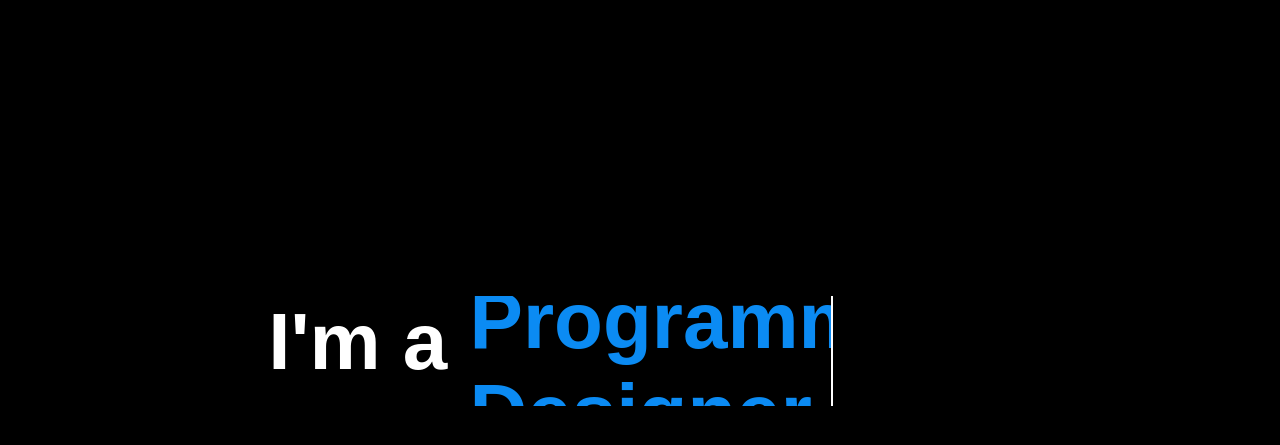
Repository: DevMike1993/Animations_HTML_CSS_JAVASCRIPT
Page: xx_Type_Text_Animation/index.html
The author's editor kept a copy of each file at every save. The page is drawn from the files as they stood at one save, then again after the next save.
The browser window is 1280 px wide. The pictures show the whole page.

Above is the page before, as saved 2023-12-03 16:45:14.

After the next save:
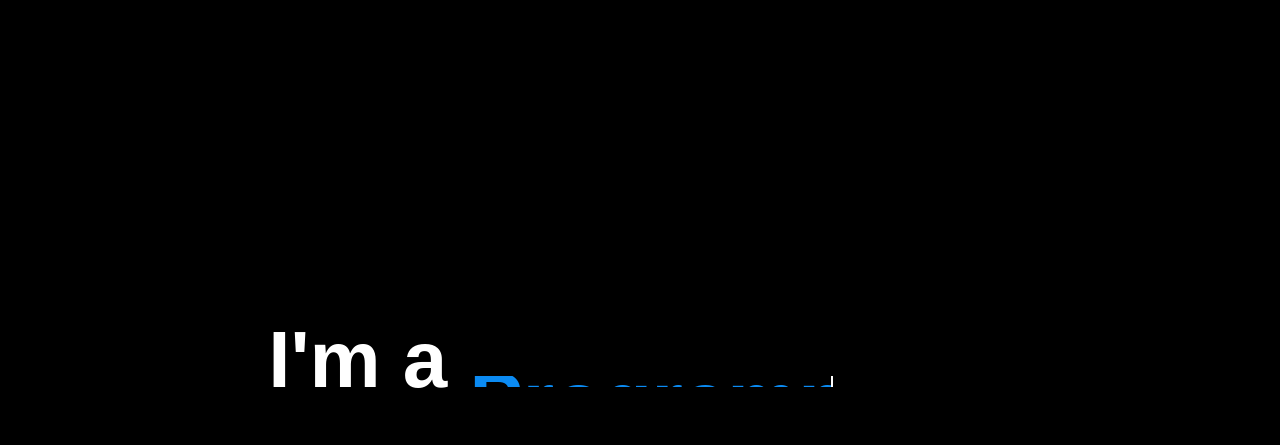
Saved 4 s later.
--- a/xx_Type_Text_Animation/style.css
+++ b/xx_Type_Text_Animation/style.css
@@ -33,7 +33,7 @@
 
 .animated-text {
     display: inline-block;
-    height: 110px;
+    height: 11px;
     overflow: hidden;
 }
 
